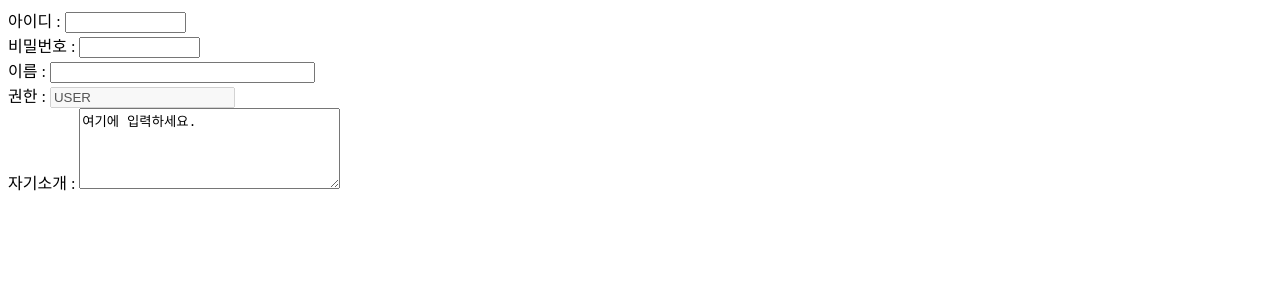
Repository: TPoleon/Servlet-JSP
Page: BoardWeb/src/main/webapp/insertUser.html
The author's editor kept a copy of each file at every save. The page is drawn from the files as they stood at one save, then again after the next save.
The browser window is 1280 px wide. The pictures show the whole page.

Above is the page before, as saved 2023-11-16 08:50:33.

### BoardWeb/src/main/webapp/insertUser.html
<!DOCTYPE html PUBLIC "-//W3C//DTD HTML 4.01 Transitional//EN" "http://www.w3.org/TR/html4/loose.dtd">
<html>
<head>
<meta http-equiv="Content-Type" content="text/html; charset=UTF-8">
<title>Insert title here</title>
</head>
<body>

아이디 : <input type="text" size="12"/><br>
비밀번호 : <input type="password" size="12"/><br>
이름 : <input type="text" size="30"/><br>
권한 : <input type="text" value="USER" disabled/><br>
자기소개 : <textarea rows ="5" cols="30">여기에 입력하세요.</textarea><br>
</body>
</html>

After the next save:
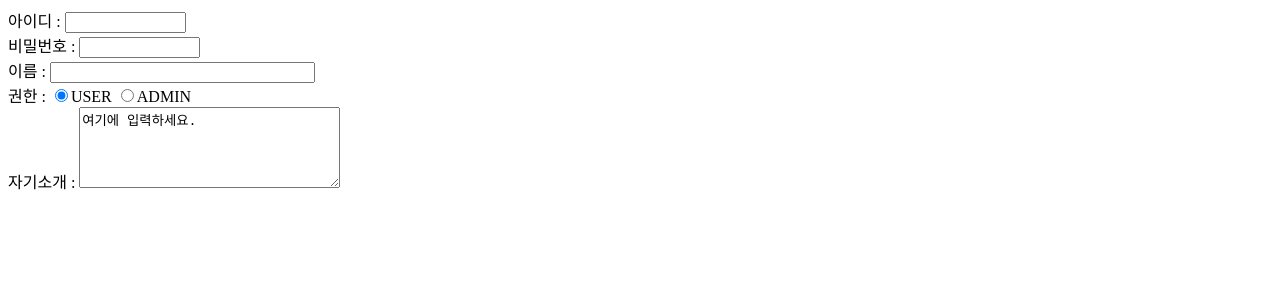
Saved 3 min 20 s later.
--- a/BoardWeb/src/main/webapp/insertUser.html
+++ b/BoardWeb/src/main/webapp/insertUser.html
@@ -9,7 +9,7 @@
 아이디 : <input type="text" size="12"/><br>
 비밀번호 : <input type="password" size="12"/><br>
 이름 : <input type="text" size="30"/><br>
-권한 : <input type="text" value="USER" disabled/><br>
+권한 : <input type="radio" checked/>USER <input type="radio"/>ADMIN<br>
 자기소개 : <textarea rows ="5" cols="30">여기에 입력하세요.</textarea><br>
 </body>
 </html>
